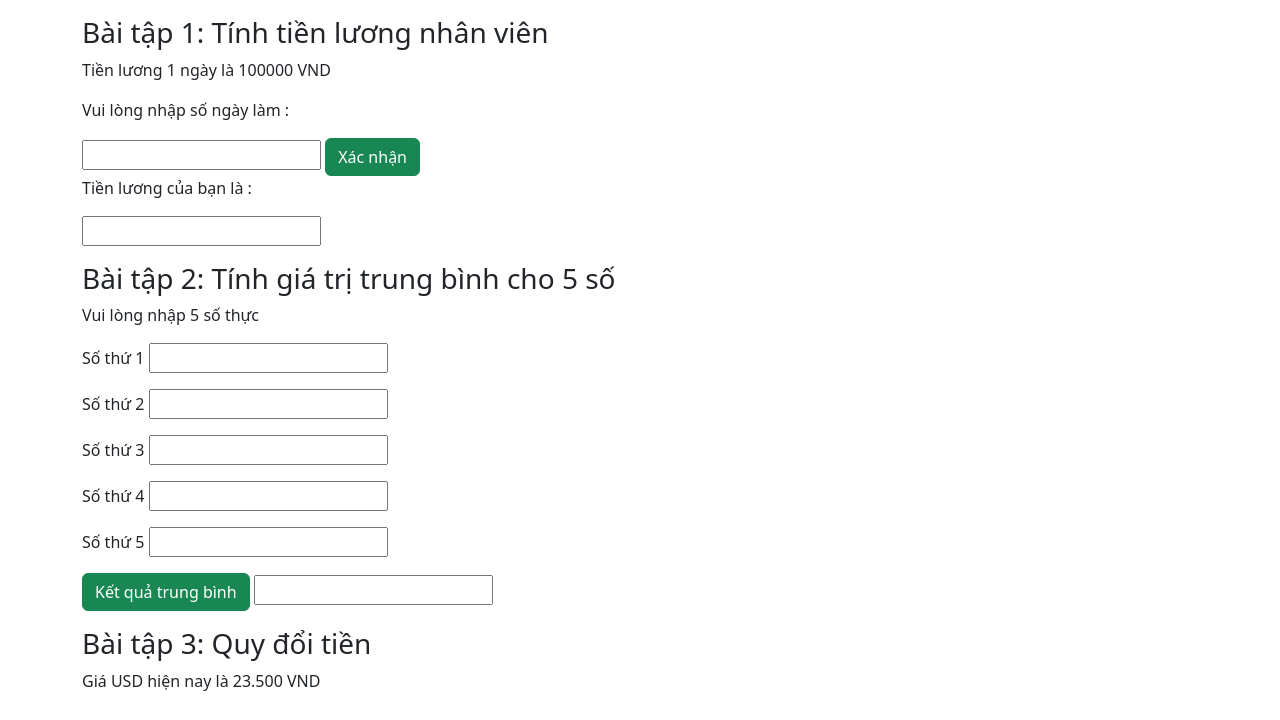
Repository: hcozyph/TranHuuPhuoc_BC43_BT_JS_Buoi2
Page: index.html
The author's editor kept a copy of each file at every save. The page is drawn from the files as they stood at one save, then again after the next save.
The browser window is 1280 px wide. The pictures show the whole page.

Above is the page before, as saved 2023-01-21 22:16:25.

After the next save:
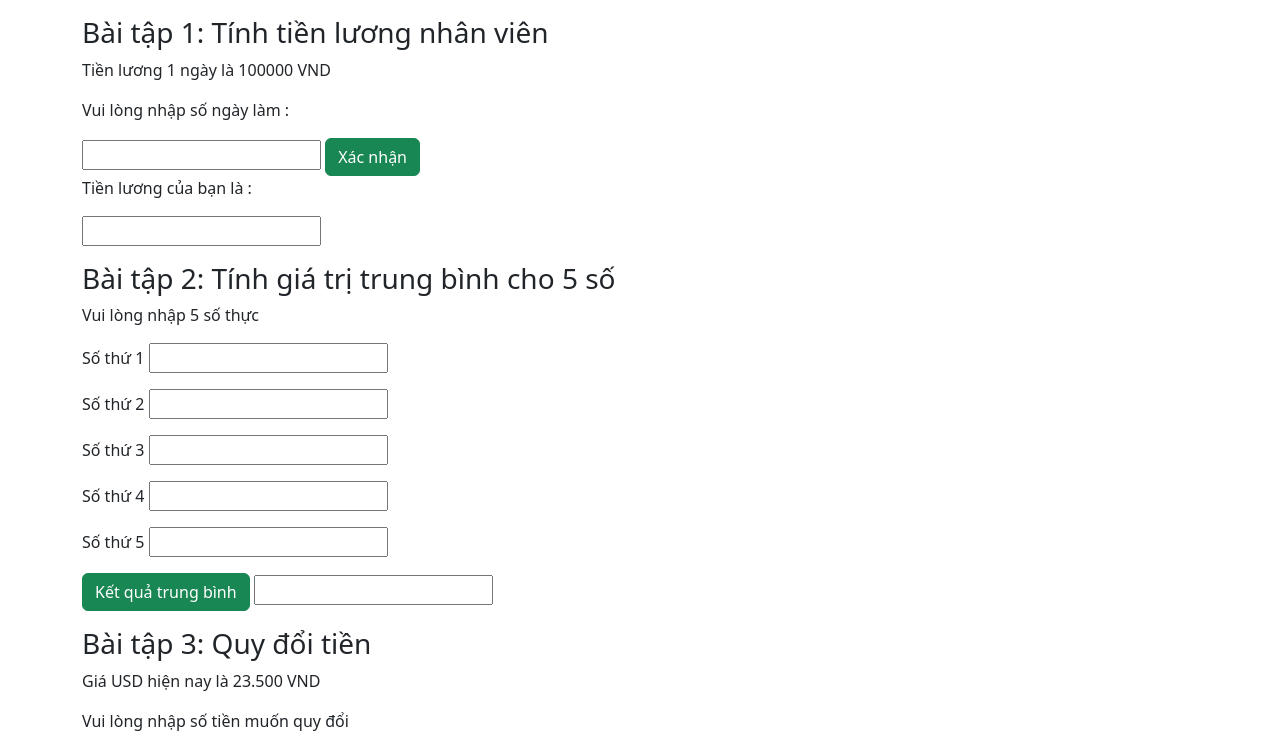
Saved 61 s later.
--- a/index.html
+++ b/index.html
@@ -76,6 +76,7 @@
             <div class="BT3">
                 <h1 class="fs-3 mt-3">Bài tập 3: Quy đổi tiền</h1>
                 <p>Giá USD hiện nay là 23.500 VND</p>
+                <p>Vui lòng nhập số tiền muốn quy đổi</p>
             </div>
         </div>
 
